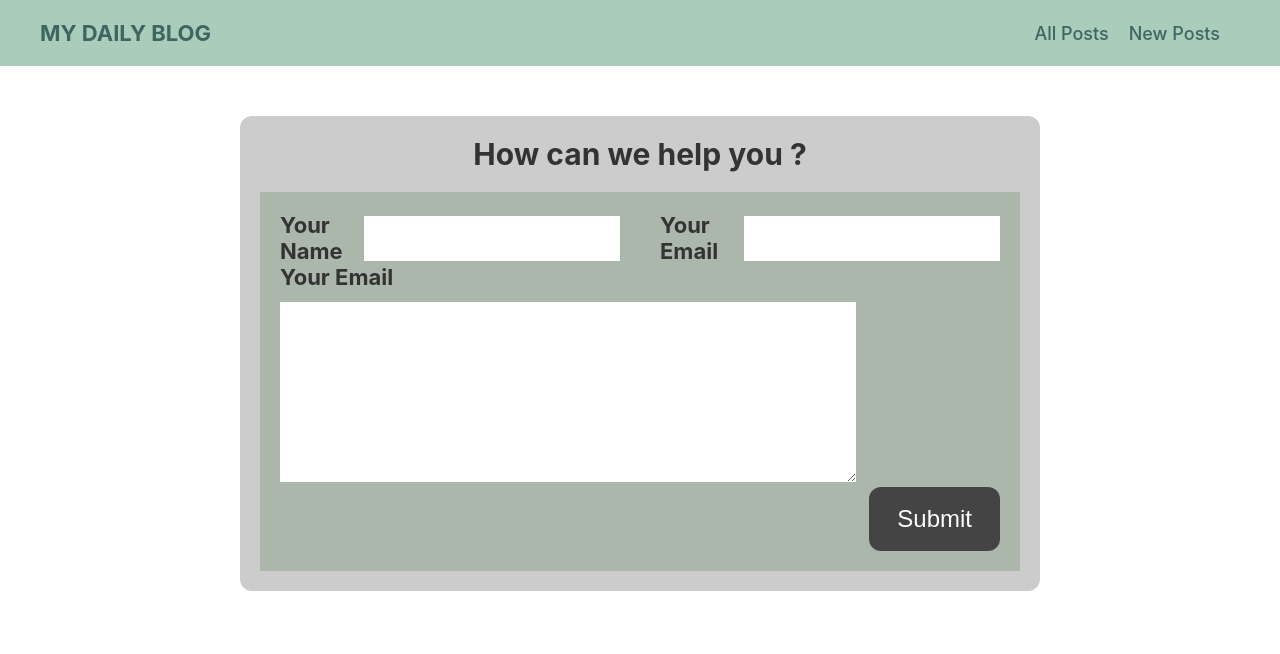
Repository: lyvandat/post-project-nextjs
Page: /new-post
These files come from the project's save history. The page is drawn as it stood at one moment and after the next save; the edit follows.
The browser window is 1280 px wide. The pictures show the whole page.
The project was rebuilt for these pictures with package versions that can differ from the ones it lists, and the page was loaded fresh each time. The framework's server and built-in components were replaced by stand-ins that run in the browser. Also part of the build but not shown: next.config.js.

Above is the page before, as saved 2022-09-26 18:42:32.

### pages/_app.tsx
import "../styles/globals.css";
import type { AppProps } from "next/app";
import Layout from "../components/layout/Layout";

function MyApp({ Component, pageProps }: AppProps) {
  return (
    <Layout>
      <Component {...pageProps} />
    </Layout>
  );
}

export default MyApp;

### pages/new-post.tsx
import NewPost from "../components/posts/NewPost";
const NewPostPage: React.FC = (props) => {
  return <NewPost />;
};

export default NewPostPage;

### styles/globals.css
:root {
  --background-green: #aacdbb;
  --light-green: #abb7ab;
  --medium-green: #8b9874;
  --high-green: #3e6660;
}

html,
body {
  color: var(--medium-green);
  padding: 0;
  margin: 0;
  font-family: -apple-system, BlinkMacSystemFont, Segoe UI, Roboto, Oxygen,
    Ubuntu, Cantarell, Fira Sans, Droid Sans, Helvetica Neue, sans-serif;
}

html {
  font-size: 62.5%;
}

body {
  font-size: 1.6rem;
}

a {
  color: inherit;
  text-decoration: none;
}

* {
  box-sizing: border-box;
  margin: 0;
  border: 0;
  padding: 0;
}

ul {
  padding-left: 0;
  list-style: none;
}

button {
  outline: none;
}

img {
  display: block;
  max-width: 100%;
}

.container {
  max-width: 1200px;
  width: 100%;
  margin-left: auto;
  margin-right: auto;
}

.container > h2 {
  text-align: center;
  color: white;
  opacity: 0.66;
  margin-bottom: 40px;
  margin-top: 10px;
  padding-top: 30px;
  font-size: 2.8rem;
  font-weight: 600;
  text-transform: capitalize;
}

.padding-section {
  padding-top: 50px;
  padding-bottom: 30px;
}

### components/layout/Layout.tsx
import React from "react";
import classes from "./Layout.module.css";
import MainNavigation from "./MainNavigation";

const Layout: React.FC<{ children: React.ReactNode }> = (props) => {
  return (
    <React.Fragment>
      <MainNavigation></MainNavigation>
      <main className={classes.main}>{props.children}</main>
    </React.Fragment>
  );
};

export default Layout;

### components/posts/NewPost.tsx
import classes from "./NewPost.module.css";

const NewPost: React.FC = (props) => {
  return (
    <section className={`${classes.contact} container`}>
      <h1> How can we help you ?</h1>
      <form className={classes.form}>
        <div className={classes.controls}>
          <div className={classes.control}>
            <label htmlFor="name">Your Name</label>
            <input id="name" type="text"></input>
          </div>
          <div className={classes.control}>
            <label htmlFor="email">Your Email</label>
            <input id="email" type="text"></input>
          </div>
        </div>
        <div className={classes.text}>
          <label htmlFor="feedback">Your Email</label>
          <textarea id="feedback" rows={12}></textarea>
        </div>
        <div className={classes.actions}>
          <button type="submit">Submit</button>
        </div>
      </form>
    </section>
  );
};

export default NewPost;

### components/layout/Layout.module.css
.main {
  width: 100%;
  margin-left: auto;
  margin-right: auto;
}

### components/layout/MainNavigation.tsx
import classes from "./MainNavigation.module.css";
import Link from "next/link";

const MainNavigation: React.FC = (props) => {
  return (
    <header className={classes["main-header"]}>
      <div className={classes.container}>
        <Link href="/">
          <a>
            <h2>My Daily Blog</h2>
          </a>
        </Link>
        <nav>
          <ul>
            <li>
              <Link href="/all-posts">All Posts</Link>
            </li>
            <li>
              <Link href="/new-post">New Posts</Link>
            </li>
          </ul>
        </nav>
      </div>
    </header>
  );
};

export default MainNavigation;

### components/posts/NewPost.module.css
.contact {
  background-color: #ccc;
  border-radius: 12px;
  padding: 20px;
  color: #333;
  font-size: 2.2rem;
  font-weight: bold;
  margin-top: 50px;
  max-width: 800px;
}

.contact h1 {
  font-size: 3rem;
  text-align: center;
  margin-bottom: 20px;
}

.form {
  padding: 20px;
  background-color: var(--light-green);
}

.controls {
  display: flex;
  flex-flow: row nowrap;
  justify-content: space-between;
}

.control {
  width: calc(50% - 20px);
  display: flex;
  align-items: center;
}

.control label {
  margin-right: 16px;
}

.control input {
  flex: 1;
  padding: 12px;
  font-size: 1.8rem;
}

.text textarea {
  width: 80%;
}

.text label {
  display: block;
  margin-bottom: 12px;
}

.actions button {
  display: block;
  margin-left: auto;
  font-size: 2.4rem;
  background-color: #444;
  color: #fff;
  padding: 18px 28px;
  border-radius: 12px;
}

.actions button:hover {
  background-color: #222;
}

### components/layout/MainNavigation.module.css
.main-header {
  background-color: var(--background-green);
  padding: 20px;
}

.container {
  color: var(--high-green);
  width: 100%;
  max-width: 1200px;
  display: flex;
  justify-content: space-between;
  align-items: center;
  margin: 0 auto;
}

.container h2 {
  font-size: 22px;
  font-weight: 700;
  text-transform: uppercase;
}

.container nav {
}

.container ul {
  display: flex;
  justify-content: flex-start;
}

.container li {
  margin-right: 20px;
}

.container a {
  font-weight: 600;
  font-size: 18px;
  font-weight: 500;
}

After the next save:
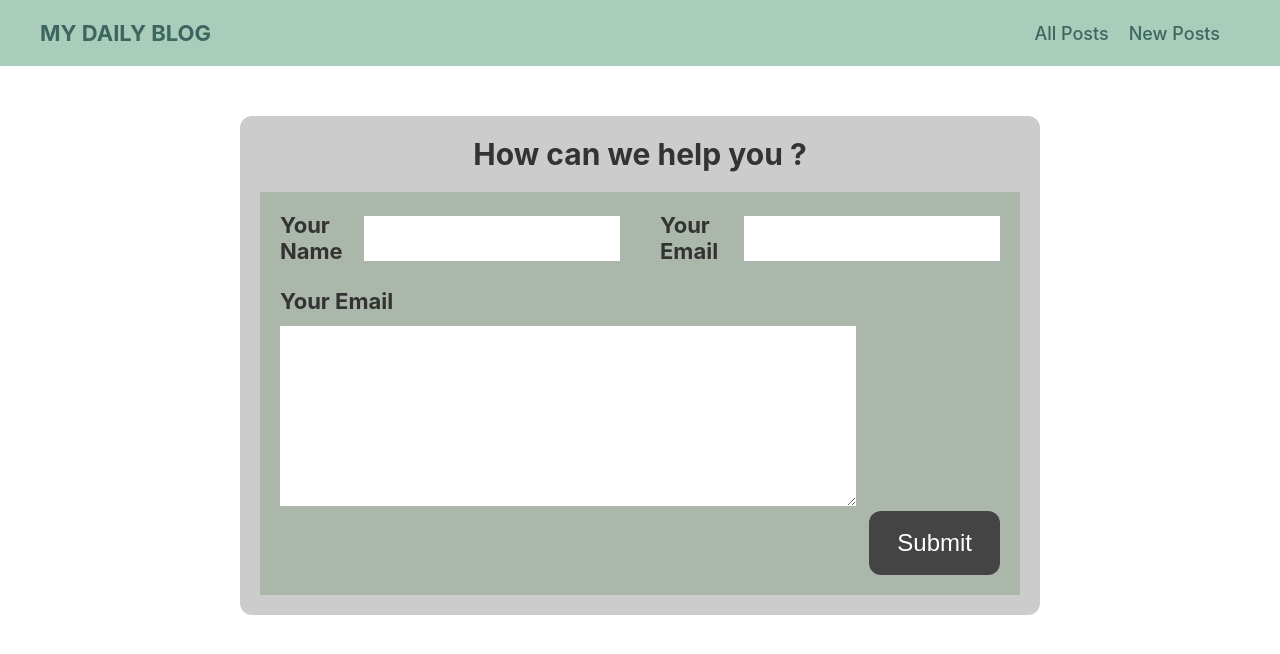
Saved 18 s later.
--- a/components/posts/NewPost.module.css
+++ b/components/posts/NewPost.module.css
@@ -24,6 +24,7 @@
   display: flex;
   flex-flow: row nowrap;
   justify-content: space-between;
+  margin-bottom: 24px;
 }
 
 .control {
